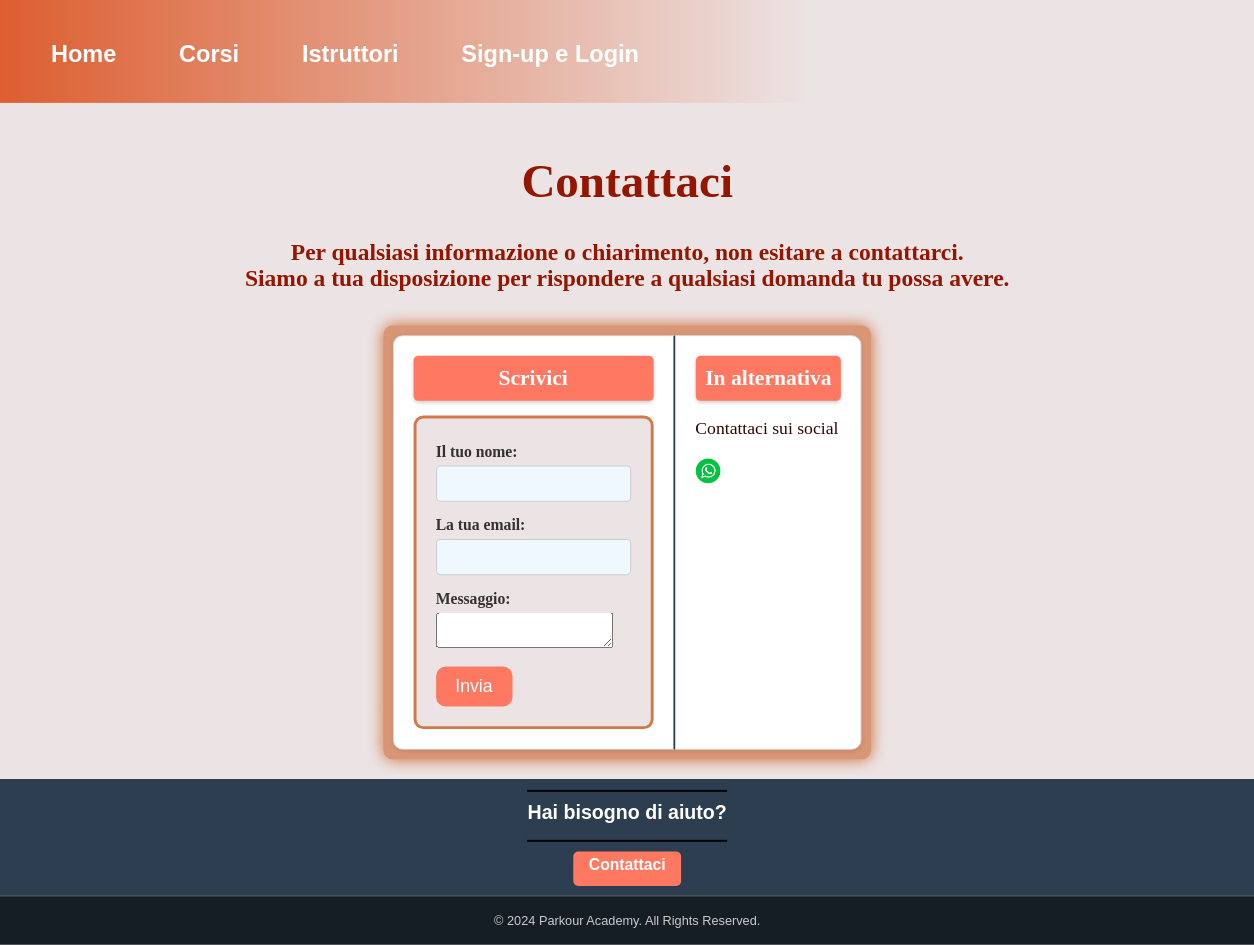
Repository: GiuuGpEEp/TerzoAnnoUni
Page: http://localhost/ContactUs/contact.php
An editor plug-in stored every save of this project. The page is shown before and after the next save, followed by the edit.
The browser window is 1280 px wide. The pictures show the whole page, at 98% of full size.
The page is run by PHP 8.4 with error messages shown; the project is at /var/www/html/.

Above is the page before, as saved 2025-01-13 15:41:36.

After the next save:
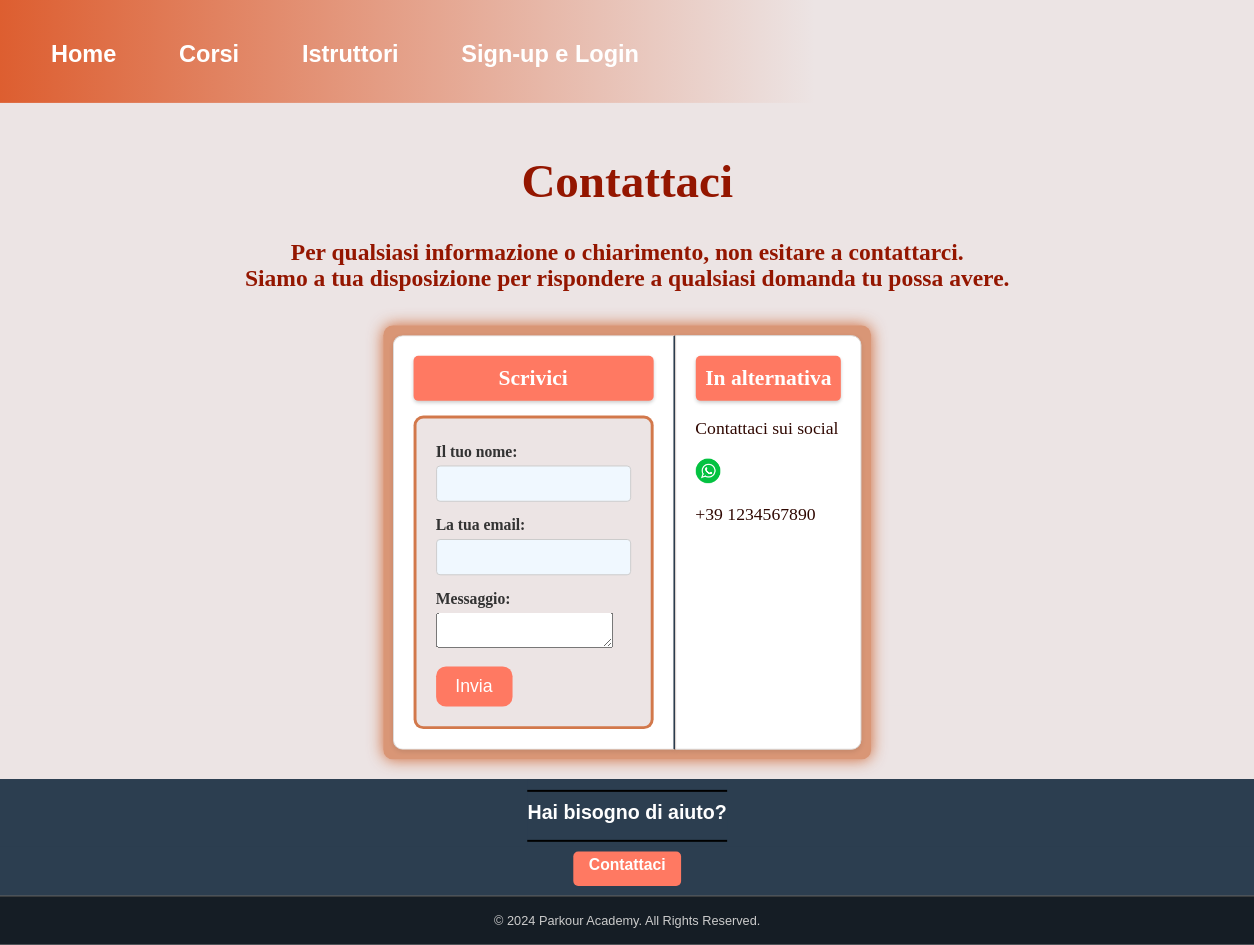
Saved 4 s later.
--- a/SAW/Esercizi/Progetto/ContactUs/contact.php
+++ b/SAW/Esercizi/Progetto/ContactUs/contact.php
@@ -37,7 +37,7 @@
                         <p class="contactText"> Contattaci sui social </p>
                         <div class="whatsapp">
                             <img src= whatsappLogo.png alt="whatsapp" class="socialLogo" width="25" height="25">
-
+                            <p class="contactText">+39 1234567890</p>
                         </div>
                     </div>
                 </div>
